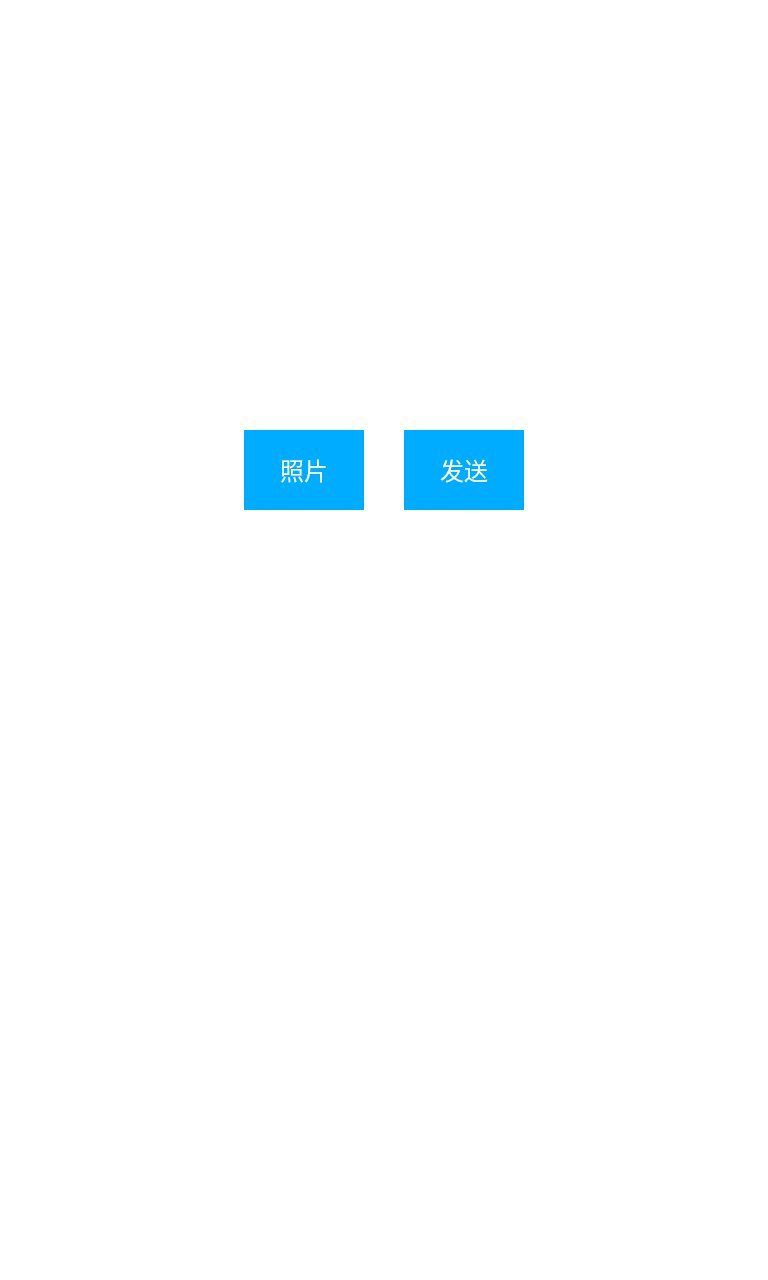
Repository: fanloveoupao/WecharTest
Layout: TestWechar/res/layout/chhose_photos.xml
These files come from the project's save history. The layout is drawn as it stood at one moment and after the next save; the edit follows.
It is drawn on a 768 x 1280 px phone screen (xhdpi) without system bars, with theme AppTheme; the app's code is not run.

Above is the layout before, as saved 2015-10-09 08:05:42.

After the next save:
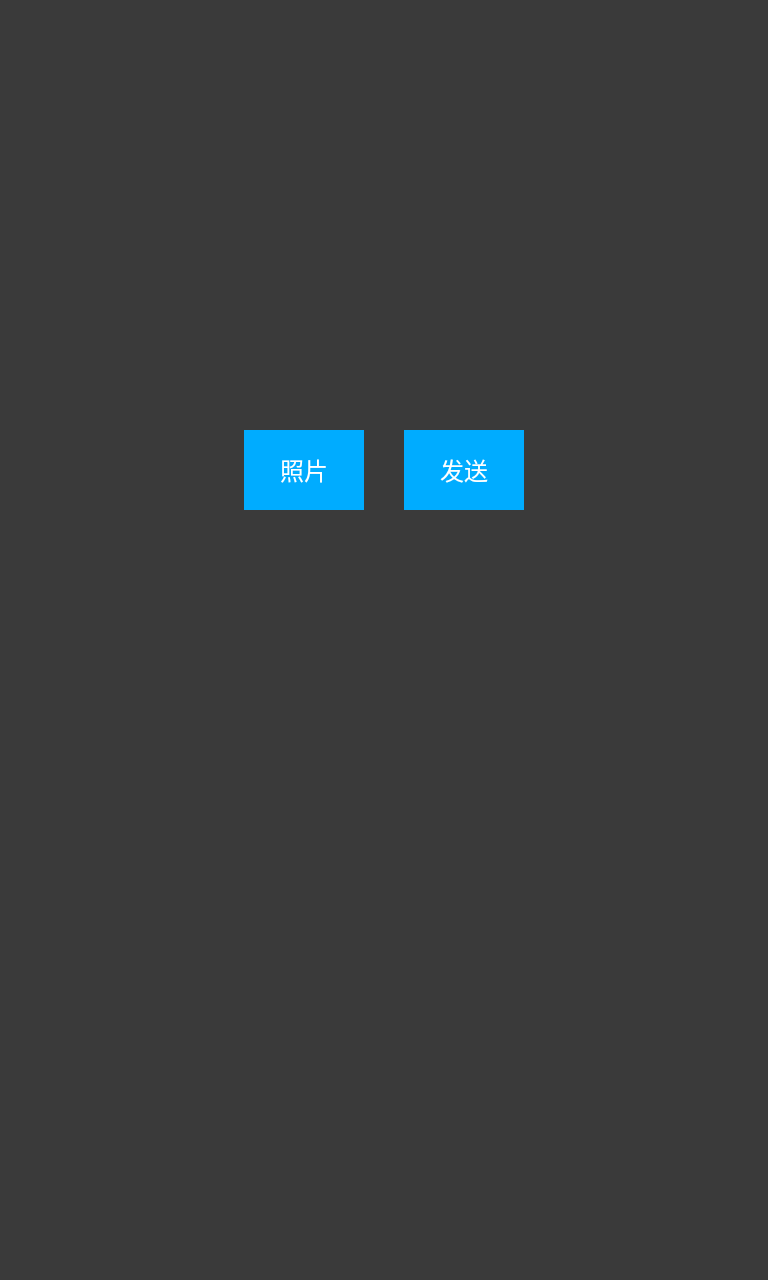
Saved 7 min 9 s later.
--- a/TestWechar/res/layout/chhose_photos.xml
+++ b/TestWechar/res/layout/chhose_photos.xml
@@ -2,6 +2,7 @@
 <LinearLayout xmlns:android="http://schemas.android.com/apk/res/android"
     android:layout_width="match_parent"
     android:layout_height="match_parent"
+    android:background="#3a3a3a"
     android:gravity="center"
     android:orientation="vertical" >
 
